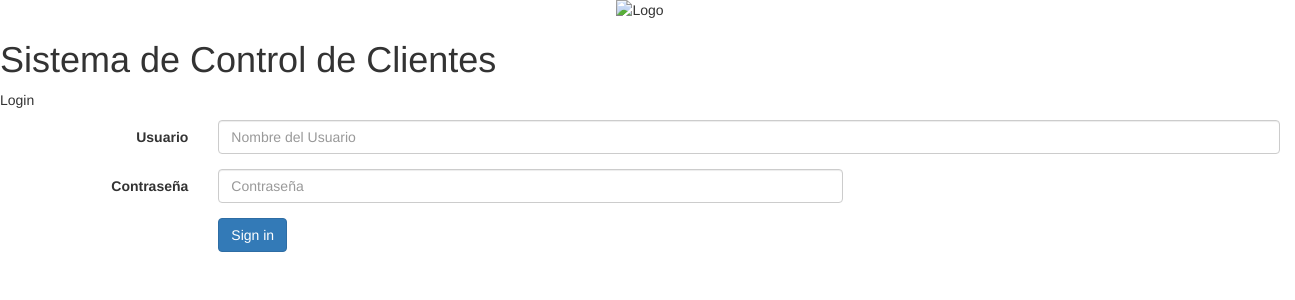
Repository: FavreEstrada/SCC
Page: index.html
The author's editor kept a record of every edit. The page is drawn from the files as they stood at one moment, then again after the next edit.
The browser window is 1280 px wide. The page is 1295 px wide, so the pictures cover 1295 px, including what lies to the right of the window. The pictures show the whole page.

Above is the page before.

After the next edit:
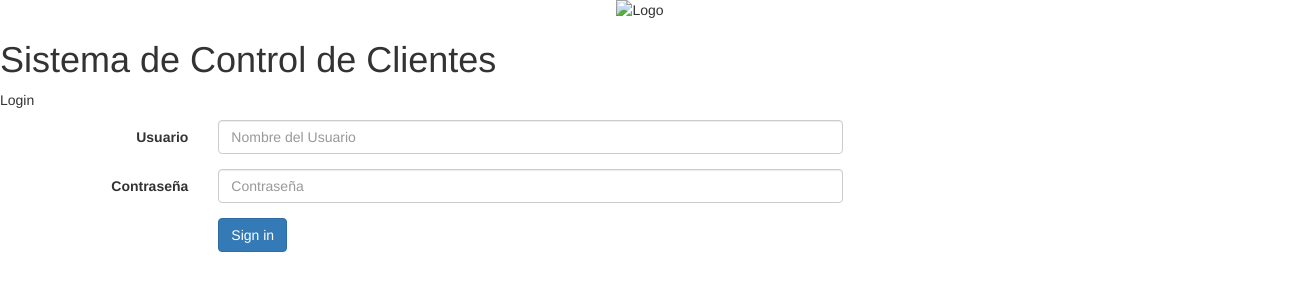
The edit:
--- a/index.html
+++ b/index.html
@@ -26,8 +26,8 @@
 
                     <form class="form-horizontal">
                         <div class="form-group">
-                            <label for="inputEmail3" class="col-sm-2 control-label">Usuario</label>
-                            <div class="col-sm-10">
+                            <label for="Usuario" class="col-sm-2 control-label">Usuario</label>
+                            <div class="col-sm-6">
                                 <span class="add-on"><i class="icon-user"></i></span>
                                 <input type="email" class="form-control text-input input-medium user-input" id="user_input" placeholder="Nombre del Usuario">
                             </div>
